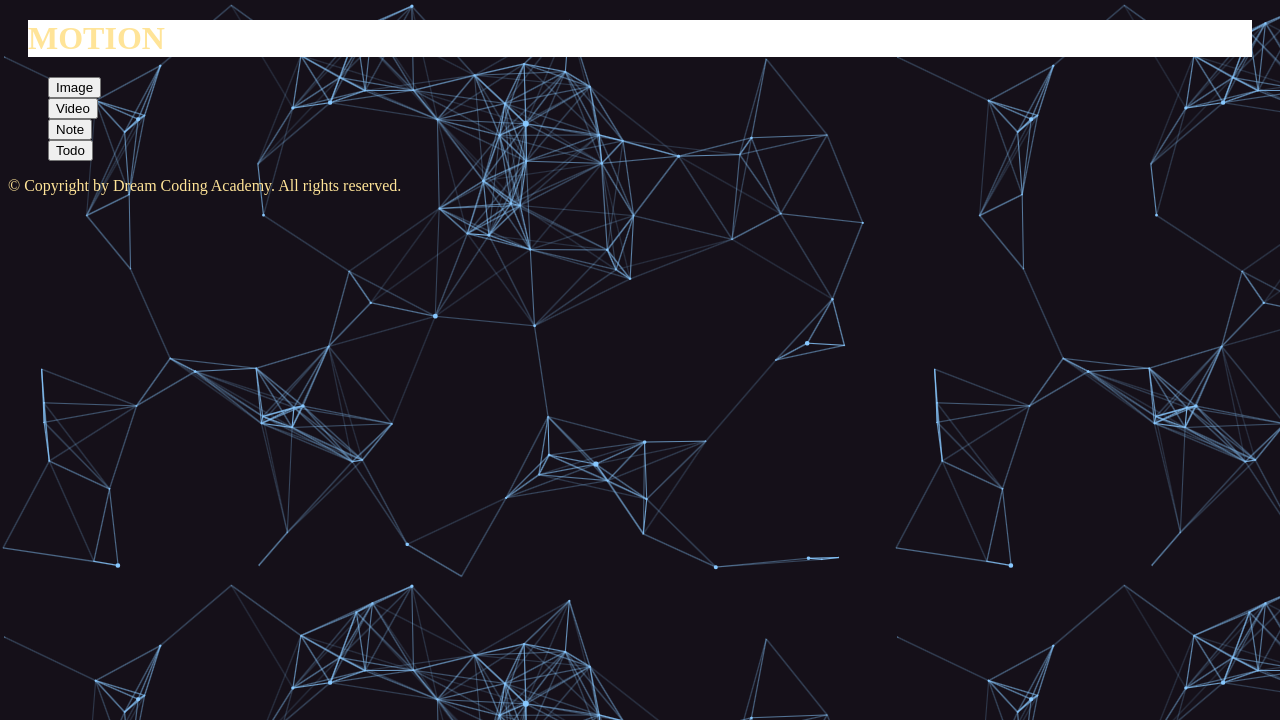
Repository: chefkuna/Motion
Page: index.html
These files come from the project's save history. The page is drawn as it stood at one moment and after the next save; the edit follows.
The browser window is 1280 px wide. The pictures show the whole page.

Above is the page before, as saved 2022-08-21 14:37:28.

After the next save:
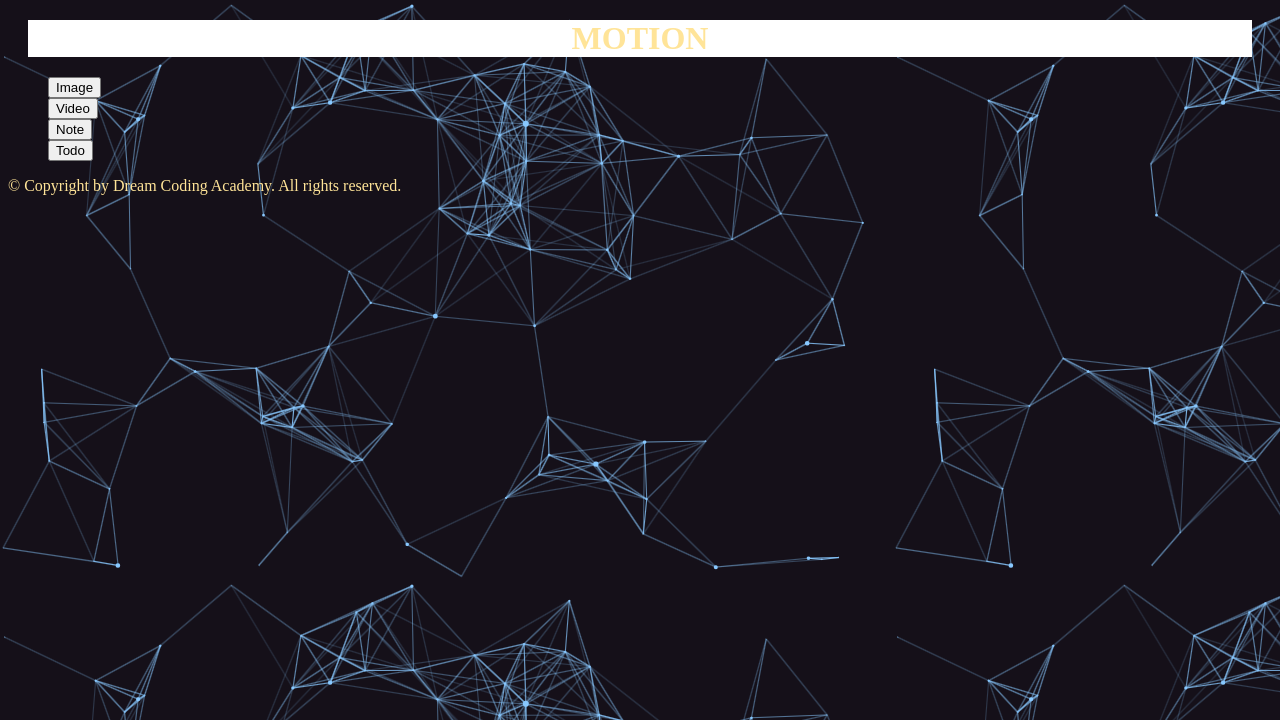
Saved 10 s later.
--- a/style/style.css
+++ b/style/style.css
@@ -32,5 +32,5 @@ body {
   background-color: #fff;
   color: var(--text-accent-color);
   margin: 20px;
-  justify-content: center;
+  text-align: center;
 }
